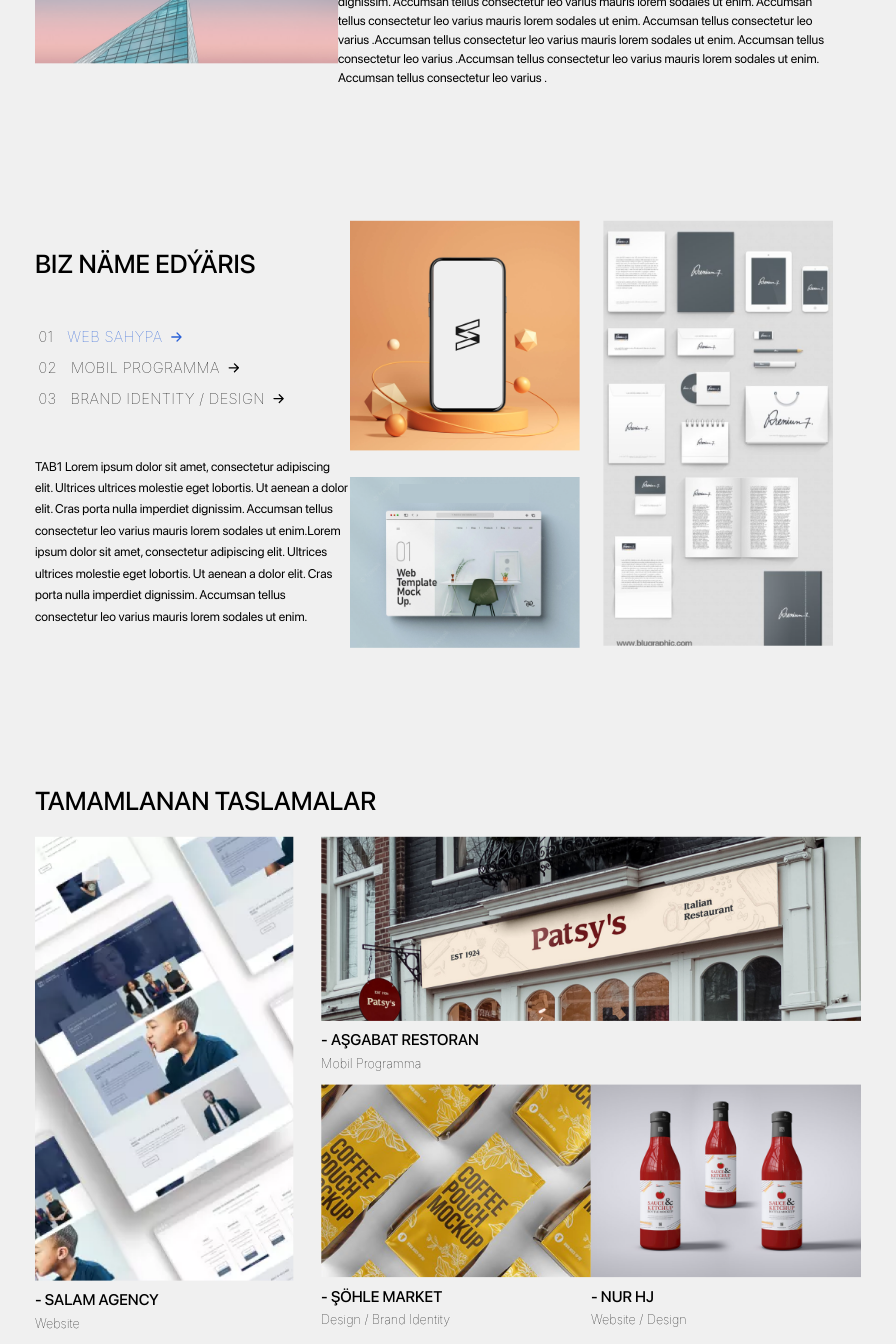
Repository: Meylis7/Sanly-Merkez-Web
Page: main.html
An editor plug-in stored every save of this project. The page is shown before and after the next save, followed by the edit.
The browser window is 1280 px wide. The pictures show the part of the page from y = 1089 to 3009 px (the page is 3009 px tall), at 70% of full size.
Some web fonts or font styles are not loaded; a fallback is used.

Above is the page before, as saved 2022-04-29 17:15:04.

### main.html
<!DOCTYPE html>
<html lang="en" dir="ltr">
  <head>
    <meta charset="utf-8">
    <meta name="viewport" content="width=device-width, initial-scale=1.0">
    <title>Sanly merkez</title>
    <link rel="stylesheet" href="./css/main.css">
  </head>
  <body>
    <div class="main-container">
      <div class="header-container">
        <header>
          <a href="#" class="brand"><img src="/assets/logo.png" alt=""></a>
          <div class="menu">
            <div class="btn">
                <svg class="close-btn" xmlns="http://www.w3.org/2000/svg" aria-hidden="true" role="img" width="1em" height="1em" preserveAspectRatio="xMidYMid meet" viewBox="0 0 20 20"><path fill="currentColor" fill-rule="evenodd" d="M4.293 4.293a1 1 0 0 1 1.414 0L10 8.586l4.293-4.293a1 1 0 1 1 1.414 1.414L11.414 10l4.293 4.293a1 1 0 0 1-1.414 1.414L10 11.414l-4.293 4.293a1 1 0 0 1-1.414-1.414L8.586 10L4.293 5.707a1 1 0 0 1 0-1.414Z" clip-rule="evenodd"/></svg>
            </div>
            <a href="#">Biz barada</a>
            <a href="#">Hyzmatlar</a>
            <a href="#">Taslamalar</a>
            <a href="#">Habarlaşmak</a>
          </div>
          <div class="btn">
            <svg class="menu-btn" xmlns="http://www.w3.org/2000/svg" aria-hidden="true" role="img" width="1em" height="1em" preserveAspectRatio="xMidYMid meet" viewBox="0 0 20 20"><path fill="currentColor" fill-rule="evenodd" d="M3 5a1 1 0 0 1 1-1h12a1 1 0 1 1 0 2H4a1 1 0 0 1-1-1Zm0 5a1 1 0 0 1 1-1h12a1 1 0 1 1 0 2H4a1 1 0 0 1-1-1Zm6 5a1 1 0 0 1 1-1h6a1 1 0 1 1 0 2h-6a1 1 0 0 1-1-1Z" clip-rule="evenodd"/></svg>
          </div>
        </header>
      </div>

      <div class="home-section">
        <div class="home-container">
          <div class="home-left-content">
            <div class="home-slogan">
              <p class="slogan">Sanly hyzmatlaryň <br>
                takyk çözgüdi.</p>
                <p class="slogan-text">Lorem ipsum dolor sit amet, consectetur adipiscing elit. Massa <br> tincidunt rhoncus dolor nisi duis nunc.</p>
            </div>
            <div class="home-social-links">
              <a href="#">Instagram</a>
              <a href="#">Twitter</a>
              <a href="#">Facebook</a>
            </div>
          </div>
          <div class="home-right-content">
            <img src="./assets/mainphoto.png" alt="">
          </div>
        </div>
      </div>
      <div class="about-section">
        <div class="about-container">
          <div class="about-photo-content">
            <h1>Biz Barada</h1>
            <img src="/assets/about.png" alt="">
          </div>
          <div class="about-text-container">
            <h1>Sanly Merkez</h1>
            <p>Lorem ipsum dolor sit amet, consectetur adipiscing elit. Ultrices ultrices molestie eget lobortis. Ut aenean a dolor elit. Cras porta nulla imperdiet dignissim. Accumsan tellus consectetur leo varius mauris lorem sodales ut enim.Lorem ipsum dolor sit amet, consectetur adipiscing elit. Ultrices ultrices molestie eget lobortis. Ut aenean a dolor elit. Cras porta nulla imperdiet dignissim. Accumsan tellus consectetur leo varius mauris lorem sodales ut enim. Accumsan tellus consectetur leo varius mauris lorem sodales ut enim. Accumsan tellus consectetur leo varius .Accumsan tellus consectetur leo varius mauris lorem sodales ut enim. Accumsan tellus consectetur leo varius .Accumsan tellus consectetur leo varius mauris lorem sodales ut enim. Accumsan tellus consectetur leo varius . </p>
          </div>
        </div>
      </div>
      <div class="wwd-section">
        <div class="wwd-conteiner">
          <div class="tabs">
            <h1>Biz näme edýäris</h1>
            <div class="tabs__head">
              <div class="tabs__toggle is-active">
                <span class="tabs__name"><span class="tabsnumber">01</span>Web sahypa <svg xmlns="http://www.w3.org/2000/svg" aria-hidden="true" role="img" width="1em" height="1em" preserveAspectRatio="xMidYMid meet" viewBox="0 0 16 16"><path fill="currentColor" fill-rule="evenodd" d="M4 8a.5.5 0 0 1 .5-.5h5.793L8.146 5.354a.5.5 0 1 1 .708-.708l3 3a.5.5 0 0 1 0 .708l-3 3a.5.5 0 0 1-.708-.708L10.293 8.5H4.5A.5.5 0 0 1 4 8z"/></svg></span>
              </div>
              <div class="tabs__toggle">
                <span class="tabs__name"><span class="tabsnumber">02</span>Mobil programma <svg xmlns="http://www.w3.org/2000/svg" aria-hidden="true" role="img" width="1em" height="1em" preserveAspectRatio="xMidYMid meet" viewBox="0 0 16 16"><path fill="currentColor" fill-rule="evenodd" d="M4 8a.5.5 0 0 1 .5-.5h5.793L8.146 5.354a.5.5 0 1 1 .708-.708l3 3a.5.5 0 0 1 0 .708l-3 3a.5.5 0 0 1-.708-.708L10.293 8.5H4.5A.5.5 0 0 1 4 8z"/></svg></span>
              </div>
              <div class="tabs__toggle">
                <span class="tabs__name"><span class="tabsnumber">03</span>Brand identity / Design <svg xmlns="http://www.w3.org/2000/svg" aria-hidden="true" role="img" width="1em" height="1em" preserveAspectRatio="xMidYMid meet" viewBox="0 0 16 16"><path fill="currentColor" fill-rule="evenodd" d="M4 8a.5.5 0 0 1 .5-.5h5.793L8.146 5.354a.5.5 0 1 1 .708-.708l3 3a.5.5 0 0 1 0 .708l-3 3a.5.5 0 0 1-.708-.708L10.293 8.5H4.5A.5.5 0 0 1 4 8z"/></svg></span>
              </div>
            </div>
            <div class="tabs__body">
              <div class="tabs__content is-active">
                <p class="tabs__text">TAB1 Lorem ipsum dolor sit amet, consectetur adipiscing elit. Ultrices ultrices molestie eget lobortis. Ut aenean a dolor elit. Cras porta nulla imperdiet dignissim. Accumsan tellus consectetur leo varius mauris lorem sodales ut enim.Lorem ipsum dolor sit amet, consectetur adipiscing elit. Ultrices ultrices molestie eget lobortis. Ut aenean a dolor elit. Cras porta nulla imperdiet dignissim. Accumsan tellus consectetur leo varius mauris lorem sodales ut enim.</p>
              </div>
              <div class="tabs__content">
                <p class="tabs__text">TAB2 Lorem ipsum dolor sit amet, consectetur adipiscing elit. Ultrices ultrices molestie eget lobortis. Ut aenean a dolor elit. Cras porta nulla imperdiet dignissim. Accumsan tellus consectetur leo varius mauris lorem sodales ut enim.Lorem ipsum dolor sit amet, consectetur adipiscing elit. Ultrices ultrices molestie eget lobortis. Ut aenean a dolor elit. Cras porta nulla imperdiet dignissim. Accumsan tellus consectetur leo varius mauris lorem sodales ut enim.</p>
              </div>
              <div class="tabs__content">
                <p class="tabs__text">TAB3 Lorem ipsum dolor sit amet, consectetur adipiscing elit. Ultrices ultrices molestie eget lobortis. Ut aenean a dolor elit. Cras porta nulla imperdiet dignissim. Accumsan tellus consectetur leo varius mauris lorem sodales ut enim.Lorem ipsum dolor sit amet, consectetur adipiscing elit. Ultrices ultrices molestie eget lobortis. Ut aenean a dolor elit. Cras porta nulla imperdiet dignissim. Accumsan tellus consectetur leo varius mauris lorem sodales ut enim.</p>
              </div>
            </div>
          </div>
          <div class="wwd-photo-content">
            <div class="left-photo-content">
              <div class="first-photo">
                <img src="/assets/appphoto.png" alt="">
              </div>
              <div class="second-photo">
                <img src="/assets/websitephoto.png" alt="">
              </div>
            </div>
            <div class="right-photo-content">
              <img src="/assets/brandingphoto.png" alt="">
            </div>
          </div>
        </div>
      </div>
      <div class="projects-section">
        <h1>tamamlanan taslamalar</h1>
        <div class="projects-container">
          <div class="left-projects-content">
            <div class="project-one">
              <div class="fst-pro-img project-image">
                <img src="/assets/salam.png" alt="">
              </div>
              <div class="projects-text">
                <p class="project-name">- Salam agency</p>
                <p class="project-for">Website</p>
              </div>
            </div>
          </div>
          <div class="right-projects-content">
            <div class="right-projects-up">
              <div class="project-two">
                <div class="snd-pro-img project-image">
                  <img src="/assets/ashgabat.png" alt="">
                </div>
                <div class="projects-text">
                  <p class="project-name">- aşgabat restoran</p>
                  <p class="project-for">Mobil Programma</p>
                </div>
              </div>
            </div>
            <div class="right-projects-down">
              <div class="project-three">
                <div class="trd-pro-img project-image">
                  <img src="/assets/shohle.png" alt="">
                </div>
                <div class="projects-text">
                  <p class="project-name">- şöhle market</p>
                  <p class="project-for">Design / Brand Identity</p>
                </div>
              </div>
              <div class="project-four">
                <div class="four-pro-img project-image">
                  <img src="/assets/nur.png" alt="">
                </div>
                <div class="projects-text">
                  <p class="project-name">- nur hj</p>
                  <p class="project-for">Website / Design</p>
                </div>
              </div>
            </div>

          </div>

        </div>
      </div>

    </div>



    <script type="text/javascript">
    //javascript for navigation bar effect on scroll
    window.addEventListener("scroll", function(){
      var header = document.querySelector("header");
      header.classList.toggle('sticky', window.scrollY > 0);
    });

    //javascript for responsive navigation sidebar menu
    var menu = document.querySelector('.menu');
    var menuBtn = document.querySelector('.menu-btn');
    var closeBtn = document.querySelector('.close-btn');

    menuBtn.addEventListener("click", () => {
      menu.classList.add('active');
    });

    closeBtn.addEventListener("click", () => {
      menu.classList.remove('active');
    });
    </script>
    <script src="./js/nav.js"></script>

  </body>
</html>

### css/main.css

@font-face {
  font-family: 'SF Pro Display';
  src: url('../SFProDisplay-Medium.eot');
  src: local('../SF Pro Display Medium'), local('SFProDisplay-Medium'),
      url('../SFProDisplay-Medium.eot?#iefix') format('embedded-opentype'),
      url('../SFProDisplay-Medium.woff2') format('woff2'),
      url('../SFProDisplay-Medium.woff') format('woff'),
      url('../SFProDisplay-Medium.ttf') format('truetype');
  font-weight: 500;
  font-style: normal;
}

@font-face {
  font-family: 'SF Pro Display';
  src: url('../SFProDisplay-Heavy.eot');
  src: local('../SF Pro Display Heavy'), local('SFProDisplay-Heavy'),
      url('../SFProDisplay-Heavy.eot?#iefix') format('embedded-opentype'),
      url('../SFProDisplay-Heavy.woff2') format('woff2'),
      url('../SFProDisplay-Heavy.woff') format('woff'),
      url('../SFProDisplay-Heavy.ttf') format('truetype');
  font-weight: 900;
  font-style: normal;
}

@font-face {
  font-family: 'SF Pro Display';
  src: url('../SFProDisplay-UltralightItalic.eot');
  src: local('../SF Pro Display UltralightItalic'), local('SFProDisplay-UltralightItalic'),
      url('../SFProDisplay-UltralightItalic.eot?#iefix') format('embedded-opentype'),
      url('../SFProDisplay-UltralightItalic.woff2') format('woff2'),
      url('../SFProDisplay-UltralightItalic.woff') format('woff'),
      url('../SFProDisplay-UltralightItalic.ttf') format('truetype');
  font-weight: 200;
  font-style: italic;
}

@font-face {
  font-family: 'SF Pro Display';
  src: url('../SFProDisplay-RegularItalic.eot');
  src: local('../SF Pro Display Regular Italic'), local('SFProDisplay-RegularItalic'),
      url('../SFProDisplay-RegularItalic.eot?#iefix') format('embedded-opentype'),
      url('vSFProDisplay-RegularItalic.woff2') format('woff2'),
      url('../SFProDisplay-RegularItalic.woff') format('woff'),
      url('../SFProDisplay-RegularItalic.ttf') format('truetype');
  font-weight: normal;
  font-style: italic;
}

@font-face {
  font-family: 'SF Pro Display';
  src: url('../SFProDisplay-Thin.eot');
  src: local('../SF Pro Display Thin'), local('SFProDisplay-Thin'),
      url('../SFProDisplay-Thin.eot?#iefix') format('embedded-opentype'),
      url('../SFProDisplay-Thin.woff2') format('woff2'),
      url('../SFProDisplay-Thin.woff') format('woff'),
      url('../SFProDisplay-Thin.ttf') format('truetype');
  font-weight: 100;
  font-style: normal;
}

@font-face {
  font-family: 'SF Pro Display';
  src: url('../SFProDisplay-Light.eot');
  src: local('../SF Pro Display Light'), local('SFProDisplay-Light'),
      url('../SFProDisplay-Light.eot?#iefix') format('embedded-opentype'),
      url('../SFProDisplay-Light.woff2') format('woff2'),
      url('../SFProDisplay-Light.woff') format('woff'),
      url('../SFProDisplay-Light.ttf') format('truetype');
  font-weight: 200;
  font-style: normal;
}

@font-face {
  font-family: 'SF Pro Display';
  src: url('../SFProDisplay-BlackItalic.eot');
  src: local('../SF Pro Display Black Italic'), local('SFProDisplay-BlackItalic'),
      url('../SFProDisplay-BlackItalic.eot?#iefix') format('embedded-opentype'),
      url('../SFProDisplay-BlackItalic.woff2') format('woff2'),
      url('../SFProDisplay-BlackItalic.woff') format('woff'),
      url('../SFProDisplay-BlackItalic.ttf') format('truetype');
  font-weight: 900;
  font-style: italic;
}

@font-face {
  font-family: 'SF Pro Display';
  src: url('../SFProDisplay-Bold.eot');
  src: local('../SF Pro Display Bold'), local('SFProDisplay-Bold'),
      url('../SFProDisplay-Bold.eot?#iefix') format('embedded-opentype'),
      url('../SFProDisplay-Bold.woff2') format('woff2'),
      url('../SFProDisplay-Bold.woff') format('woff'),
      url('../SFProDisplay-Bold.ttf') format('truetype');
  font-weight: bold;
  font-style: normal;
}

@font-face {
  font-family: 'SF Pro Display';
  src: url('../SFProDisplay-Black.eot');
  src: local('../SF Pro Display Black'), local('SFProDisplay-Black'),
      url('../SFProDisplay-Black.eot?#iefix') format('embedded-opentype'),
      url('../SFProDisplay-Black.woff2') format('woff2'),
      url('../SFProDisplay-Black.woff') format('woff'),
      url('../SFProDisplay-Black.ttf') format('truetype');
  font-weight: 900;
  font-style: normal;
}

@font-face {
  font-family: 'SF Pro Display';
  src: url('../SFProDisplay-SemiboldItalic.eot');
  src: local('../SF Pro Display SemiboldItalic'), local('SFProDisplay-SemiboldItalic'),
      url('../SFProDisplay-SemiboldItalic.eot?#iefix') format('embedded-opentype'),
      url('../SFProDisplay-SemiboldItalic.woff2') format('woff2'),
      url('../SFProDisplay-SemiboldItalic.woff') format('woff'),
      url('../SFProDisplay-SemiboldItalic.ttf') format('truetype');
  font-weight: 600;
  font-style: italic;
}

@font-face {
  font-family: 'SF Pro Display';
  src: url('../SFProDisplay-Ultralight.eot');
  src: local('../SF Pro Display Ultralight'), local('SFProDisplay-Ultralight'),
      url('../SFProDisplay-Ultralight.eot?#iefix') format('embedded-opentype'),
      url('../SFProDisplay-Ultralight.woff2') format('woff2'),
      url('../SFProDisplay-Ultralight.woff') format('woff'),
      url('../SFProDisplay-Ultralight.ttf') format('truetype');
  font-weight: 200;
  font-style: normal;
}

@font-face {
  font-family: 'SF Pro Display';
  src: url('../SFProDisplay-LightItalic.eot');
  src: local('../SF Pro Display LightItalic'), local('SFProDisplay-LightItalic'),
      url('../SFProDisplay-LightItalic.eot?#iefix') format('embedded-opentype'),
      url('../SFProDisplay-LightItalic.woff2') format('woff2'),
      url('../SFProDisplay-LightItalic.woff') format('woff'),
      url('../SFProDisplay-LightItalic.ttf') format('truetype');
  font-weight: 200;
  font-style: italic;
}

@font-face {
  font-family: 'SF Pro Display';
  src: url('../SFProDisplay-ThinItalic.eot');
  src: local('../SF Pro Display ThinItalic'), local('SFProDisplay-ThinItalic'),
      url('../SFProDisplay-ThinItalic.eot?#iefix') format('embedded-opentype'),
      url('../SFProDisplay-ThinItalic.woff2') format('woff2'),
      url('../SFProDisplay-ThinItalic.woff') format('woff'),
      url('../SFProDisplay-ThinItalic.ttf') format('truetype');
  font-weight: 100;
  font-style: italic;
}

@font-face {
  font-family: 'SF Pro Display';
  src: url('../SFProDisplay-MediumItalic.eot');
  src: local('../SF Pro Display MediumItalic'), local('SFProDisplay-MediumItalic'),
      url('../SFProDisplay-MediumItalic.eot?#iefix') format('embedded-opentype'),
      url('../SFProDisplay-MediumItalic.woff2') format('woff2'),
      url('../SFProDisplay-MediumItalic.woff') format('woff'),
      url('../SFProDisplay-MediumItalic.ttf') format('truetype');
  font-weight: 500;
  font-style: italic;
}

@font-face {
  font-family: 'SF Pro Display';
  src: url('../SFProDisplay-Semibold.eot');
  src: local('SF Pro Display Semibold'), local('SFProDisplay-Semibold'),
      url('../SFProDisplay-Semibold.eot?#iefix') format('embedded-opentype'),
      url('../SFProDisplay-Semibold.woff2') format('woff2'),
      url('../SFProDisplay-Semibold.woff') format('woff'),
      url('../SFProDisplay-Semibold.ttf') format('truetype');
  font-weight: 600;
  font-style: normal;
}

@font-face {
  font-family: 'SF Pro Display';
  src: url('../SFProDisplay-HeavyItalic.eot');
  src: local('../SF Pro Display HeavyItalic'), local('SFProDisplay-HeavyItalic'),
      url('../SFProDisplay-HeavyItalic.eot?#iefix') format('embedded-opentype'),
      url('../SFProDisplay-HeavyItalic.woff2') format('woff2'),
      url('../SFProDisplay-HeavyItalic.woff') format('woff'),
      url('../SFProDisplay-HeavyItalic.ttf') format('truetype');
  font-weight: 900;
  font-style: italic;
}

@font-face {
  font-family: 'SF Pro Display';
  src: url('../SFProDisplay-Regular.eot');
  src: local('../SF Pro Display Regular'), local('SFProDisplay-Regular'),
      url('../SFProDisplay-Regular.eot?#iefix') format('embedded-opentype'),
      url('../SFProDisplay-Regular.woff2') format('woff2'),
      url('../SFProDisplay-Regular.woff') format('woff'),
      url('../SFProDisplay-Regular.ttf') format('truetype');
  font-weight: normal;
  font-style: normal;
}

@font-face {
  font-family: 'SF Pro Display';
  src: url('../SFProDisplay-BoldItalic.eot');
  src: local('../SF Pro Display BoldItalic'), local('SFProDisplay-BoldItalic'),
      url('../SFProDisplay-BoldItalic.eot?#iefix') format('embedded-opentype'),
      url('../SFProDisplay-BoldItalic.woff2') format('woff2'),
      url('../SFProDisplay-BoldItalic.woff') format('woff'),
      url('../SFProDisplay-BoldItalic.ttf') format('truetype');
  font-weight: bold;
  font-style: italic;
}


*{
  margin: 0;
  padding: 0;
  box-sizing: border-box;
  font-family: "SF Pro Display";

}
a{
  text-decoration: none;
}

body{
  min-height: 100vh;
  background: #F0F0F0;
}
header{
  z-index: 999;
  position: fixed;
  top: 0;
  left: 0;
  width: 100%;
  display: flex;
  justify-content: space-between;
  align-items: center;
  padding: 20px 40px;
  transition: 0.6s;
  transform: translate(calc(50vw - 50%));
}

header.sticky{
  background: #ffffff;
  padding: 15px 50px;

}

header .brand{
  color: #fff;
  font-size: 30px;
  font-weight: 700;
  text-transform: uppercase;
  text-decoration: none;
  letter-spacing: 2px;
}

header .menu{
  position: relative;
  display: flex;
  justify-content: center;
  align-items: center;
}

header .menu a{
  color: rgb(0, 0, 0);
  font-size: 19px;
  font-weight: 500;
  text-decoration: none;
  padding: 7px 12px;
  margin: 0 10px;
  border-radius: 20px;
  transition: 0.3s;
  transition-property: color, background;
}

header .menu a:hover{
  color: #000;
  background: #fff;
}

header .btn{
  color: rgb(94, 0, 0);
  font-size: 25px;
  cursor: pointer;
  display: none;
}
/* .main-container{
    max-width: 1240px;
    height: 100%;
    margin: 0 auto;
} */
.brand{
  width: 200px;
}
.brand img{
  width: 100%;
}
.home-container{
  display: flex;
  width: 100%;
  margin-bottom: 10%;

}
.home-left-content,.home-right-content{
  flex: 1;
}
.home-left-content{
  display: flex;
  flex-direction: column;
  justify-content: space-between;
  padding-left: 50px;
}
.home-right-content img{
  width: 100%;
}
.slogan{
  font-size: 65px;
  font-family: "SF Pro Display";
  font-weight: 600;
  margin-top: 46%;
  margin-bottom: 25px;
}
.slogan-text{
  font-size: 18px;
  font-family: "SF Pro Display";
}
.home-social-links{
  margin-bottom: 7%;
}
.home-social-links a {
  color: #000;
  margin-right: 20px;
  font-size: 19px;
}

@media (max-width: 1060px){
  header .btn{
    display: block;
  }

  header .menu{
    position: fixed;
    background: #ffffff;
    flex-direction: column;
    width: 100%;
    height: 100vh;
    top: 0;
    right: -100%;
    padding: 80px 50px;
    transition: 0.5s;
    transition-property: right;
  }

  header .menu.active{
    right: 0;
  }

  header .menu .close-btn{
    position: absolute;
    top: 0;
    left: 0;
    margin: 25px;
  }

  header .menu a{
    display: block;
    font-size: 20px;
    margin: 20px;
    padding: 0 15px;
  }
}

.about-container{
  display: flex;
  padding: 0 50px;
  justify-content: space-between;
  margin-bottom: 15%;
}
.about-photo-content h1{
  font-size: 37px;
  font-weight: 500;
  text-transform: uppercase;
  margin-bottom: 30px;
}
.about-photo-content {
  max-width: 600px;
}
.about-text-container{
  max-width: 700px;
  margin-right: 4%;
}
.about-text-container h1{
  margin-bottom: 30px;
  font-size: 25px;
  margin-top: 15px;
}
.about-text-container p{
  font-size: 18px;
  line-height: 1.5;
  color: #000000;
}
.about-photo-content img {
  width: 100%;
}



.tabs {
  display: flex;
  flex-direction: column;
  max-width: 450px;
  width: 100%;

}
.tabs h1{
  font-size: 37px;
  font-weight: 500;
  text-transform: uppercase;
  margin-bottom: 60px;
  margin-top: 40px;
}

.tabs__head {
  display: flex;
  flex-direction: column;
  justify-content: space-between;
  margin-bottom: 60px;
}

.tabs__toggle {
  margin: 0 5px;
  padding: 7px 0;
  cursor: pointer;
  transition: .5s;
}

.tabs__name {
  font-weight: 500;
  font-size: 21px;
  color: #000000;
  display: flex;
  align-items: center;
  font-family: "SF Pro Display";
  font-weight: 100;
  text-transform: uppercase;
  letter-spacing: 0.5px;
}
.tabsnumber{
  margin-right: 20px;
  color: rgb(0, 0, 0);
}
.tabs__name svg{
  height: 30px;
  width: 40px;
}

.tabs__body {
  position: relative;
}

.tabs__title {
  font-weight: 600;
  font-size: 24px;
  color: #000000;
  margin-bottom: 20px;
  text-align: center;
}

.tabs__text {
  font-size: 18px;
  line-height: 1.7;
  color: #000000;

}

.tabs__content {
  display: none;
}
.tabs__toggle.is-active .tabs__name {
  color: #2a61d8;
}

.tabs__content.is-active {
  display: block;
}
.wwd-conteiner{
  display: flex;
  padding-left: 50px;
  padding-right: 7%;
  justify-content: space-between;
  margin-bottom: 15%;
}
.wwd-photo-content{
  display: flex;
  max-width: 700px;
}
.wwd-photo-content img{
  width: 100%;
}
.first-photo{
  margin-bottom: 34px;
}
.left-photo-content{
  margin-right: 34px;
}
.projects-section{
  padding: 0 50px;
}
.projects-section h1{
  font-size: 37px;
  font-weight: 500;
  text-transform: uppercase;
  margin-bottom: 30px;
}
.projects-container{
  display: flex;
}
.right-projects-down{
  display: flex;
}
.projects-text{
  margin-top: 10px;
  margin-bottom: 20px;
}

.project-for{
  font-size: 18px;
  font-weight: 100;
}
.project-name{
  font-size: 22px;
  text-transform: uppercase;
  margin-bottom: 10px;
  font-weight: 500;
}
.project-image img {
  width: 100%;
}
.fst-pro-img{
  max-width: 502px;
}
.snd-pro-img{
  max-width: 1050px;
}
.trd-pro-img{
  max-width: 505px;
}
.four-pro-img{
  max-width: 505px;
}
.left-projects-content{
  margin-right: 40px;
}

Loaded but not shown: js/nav.js (15 lines, source omitted)

After the next save:
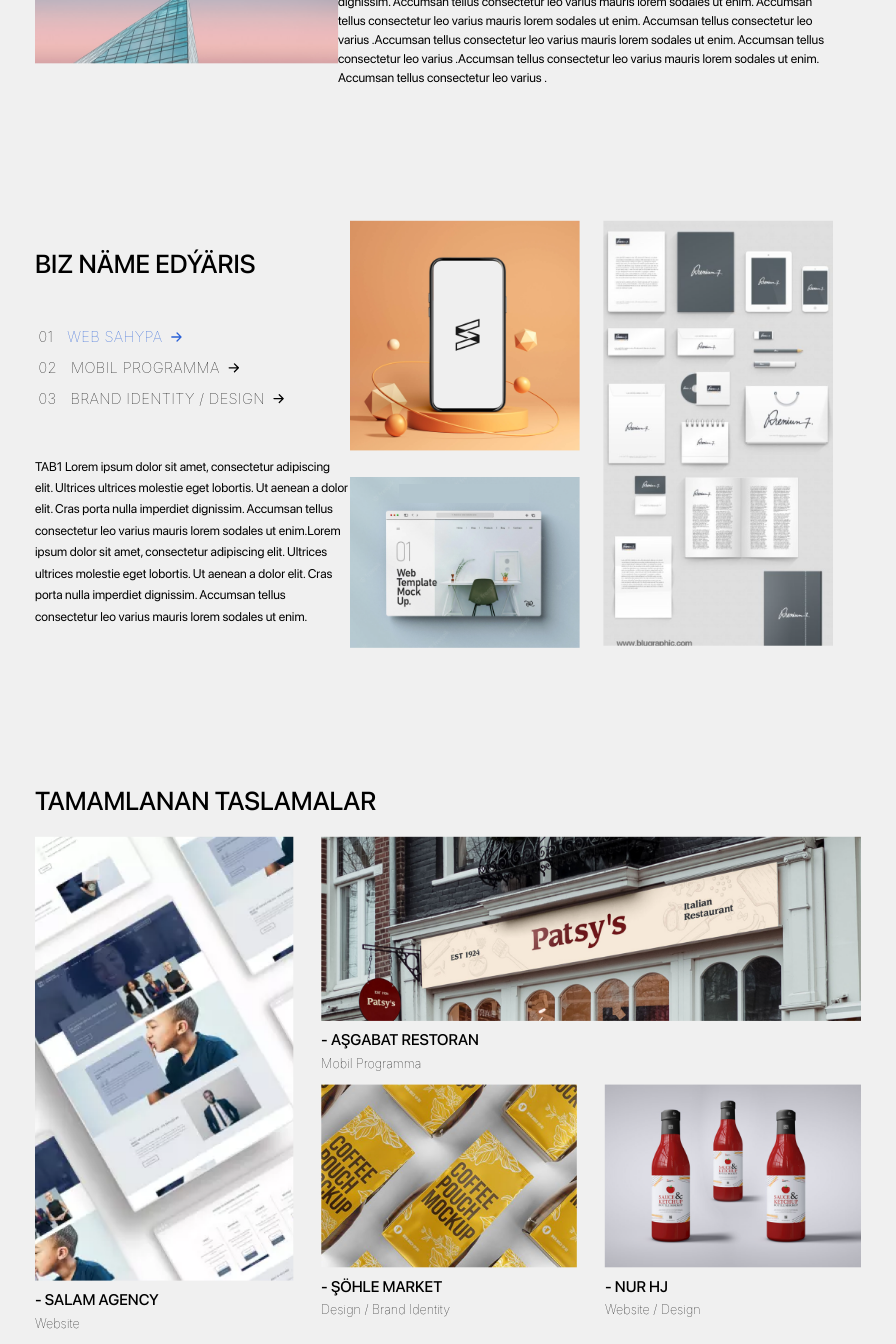
Saved 19 s later.
--- a/css/main.css
+++ b/css/main.css
@@ -528,7 +528,9 @@
   margin-top: 10px;
   margin-bottom: 20px;
 }
-
+.project-three{
+  margin-right: 40px;
+}
 .project-for{
   font-size: 18px;
   font-weight: 100;
